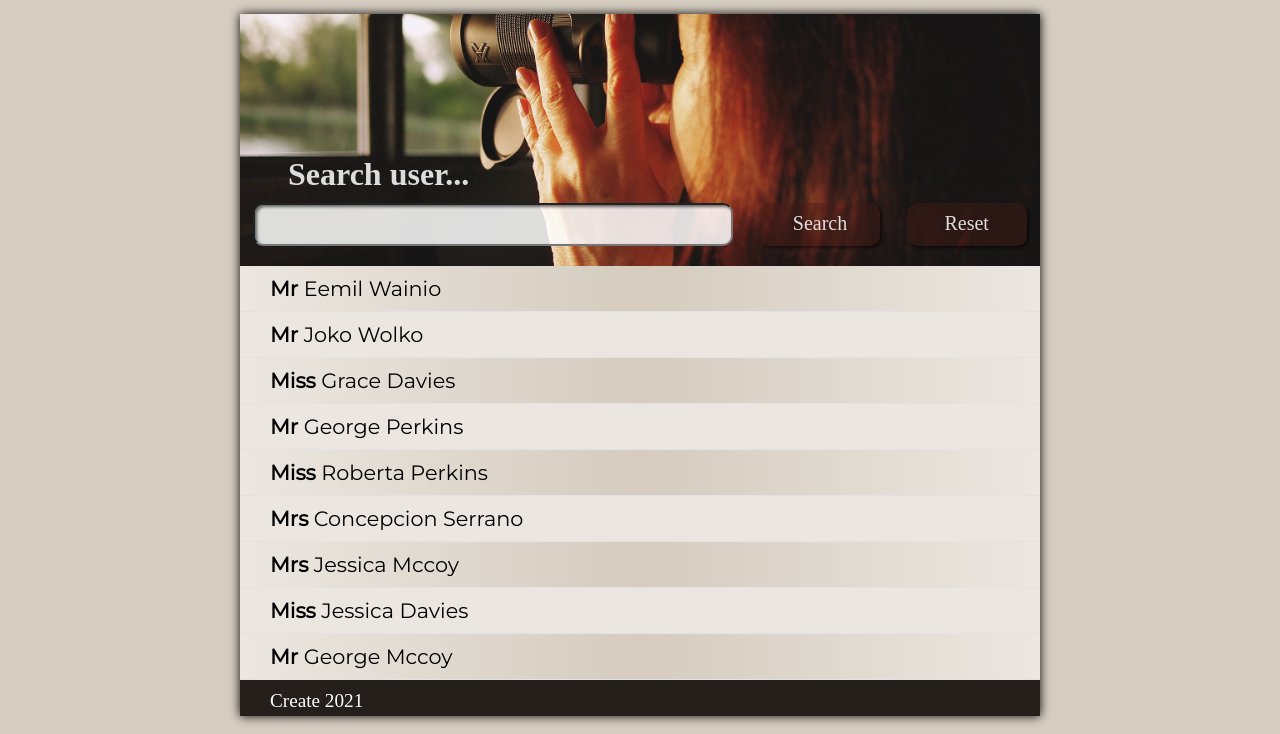
Repository: KrzysKolo/sr_tydzien5_zad4
Page: /
The author's editor kept a copy of each file at every save. The page is drawn from the files as they stood at one save, then again after the next save.
The browser window is 1280 px wide. The pictures show the whole page.
Some web fonts or font styles are not loaded; a fallback is used. The project was rebuilt for these pictures with package versions that can differ from the ones it lists, and the page was loaded fresh each time.

Above is the page before, as saved 2021-01-03 14:54:00.

### public/index.html
<!DOCTYPE html>
<html lang="en">
  <head>
    <meta charset="utf-8" />
    <link rel="icon" href="%PUBLIC_URL%/favicon.ico" />
    <meta name="viewport" content="width=device-width, initial-scale=1" />
    <meta name="theme-color" content="#000000" />
    <meta
      name="description"
      content="Web site created using create-react-app"
    />
    <link rel="apple-touch-icon" href="%PUBLIC_URL%/logo192.png" />
    <!--
      manifest.json provides metadata used when your web app is installed on a
      user's mobile device or desktop. See https://developers.google.com/web/fundamentals/web-app-manifest/
    -->
    <link rel="manifest" href="%PUBLIC_URL%/manifest.json" />
    <!--
      Notice the use of %PUBLIC_URL% in the tags above.
      It will be replaced with the URL of the `public` folder during the build.
      Only files inside the `public` folder can be referenced from the HTML.

      Unlike "/favicon.ico" or "favicon.ico", "%PUBLIC_URL%/favicon.ico" will
      work correctly both with client-side routing and a non-root public URL.
      Learn how to configure a non-root public URL by running `npm run build`.
    -->
    <link rel="preconnect" href="https://fonts.gstatic.com">
<link href="https://fonts.googleapis.com/css2?family=Finger+Paint&family=Montserrat&family=Over+the+Rainbow&family=Peralta&display=swap" rel="stylesheet">
    <title>User search</title>
  </head>
  <body>
    <noscript>You need to enable JavaScript to run this app.</noscript>
    <div id="root"></div>
    <!--
      This HTML file is a template.
      If you open it directly in the browser, you will see an empty page.

      You can add webfonts, meta tags, or analytics to this file.
      The build step will place the bundled scripts into the <body> tag.

      To begin the development, run `npm start` or `yarn start`.
      To create a production bundle, use `npm run build` or `yarn build`.
    -->
  </body>
</html>

### src/App.js
import React from 'react';
import UsersContainer from './components/UsersContainer';
import Header from './components/Header';
import Footer from './components/Footer';
import './App.css';


const App = () => {

  return (
    <section>
      <Header />
      <UsersContainer/>
      <Footer />
    </section>
  )
}

export default App;

### src/components/UsersContainer.js
import React, { useState, useEffect } from 'react';


const UsersContainer = () => {

  const UsersAPI = '/users.json';

  const [ users, setUsers ] = useState([]);

  useEffect(() => {
    fetch(UsersAPI)
      .then(res => res.json())
      .then(data => {
        console.log(data.users);
        setUsers(data.users);
      })
    }, []);

    const user = users.map(user => (
      <li className="user" key={user.id}><b>{user.title}</b> {user.first} {user.last}</li>
    ))
    return (
        <ul>
					{user}
        </ul>
    )
}

export default UsersContainer;

### src/components/Header.js
import React from 'react';
import Button from './formComponents/Button';
const Header = () => {
    return (
        <div className="header__section">
            <h1 className="header__title">Search user...</h1>
            <form className="header__search-wrapper">
                <input className="header__search" type="text" />
                <Button values="Search" />
                <Button values="Reset" />
            </form>
        </div>
    )
}

export default Header;

### src/components/Footer.js
import React from 'react';

const Footer = () => {
    return (
        <div className="footer__wrapper">
           Create 2021
        </div>
    )
}

export default Footer;

### src/App.css
* {
  box-sizing: border-box;
  padding: 0;
  margin: 0;
}
body {
  height: 100vh;
  width: 100vw;
  background-color: rgba(206, 194, 179, 0.8);
}
section {
  margin: 2vh auto;
  width: 70%;
  max-width: 800px;
  display: flex;
  flex-direction: column;
  box-shadow: 0 0 10px #000;
}
.header__section {
  height: 35vh;
  background-image: url("./images/girl.jpg");
  background-position: center;
  background-size: cover;
  display: flex;
  flex-direction: column;
  justify-content: flex-end;
}
.header__title {
  font-size: 2rem;
  font-family: "Peralta", cursive;
  margin: 0 auto 10px 3rem;
  color: rgba(255, 255, 255, 0.85);
}
.header__search-wrapper {
  width: 100%;
  margin-bottom: 20px;
  display: flex;
  justify-content: space-around;
}
.header__search {
  padding: 8px 10px;
  width: 60%;
  border-radius: 10px;
  background-color: rgba(255, 255, 255, 0.85);
  box-shadow: inset 2px 2px 3px 0px rgba(0, 0, 0, 0.55);
  font-size: 20px;
}
.header__search-btn {
  background: rgba(71, 26, 20, 0.4);
  color: rgba(255, 255, 255, 0.85);
  width: 15%;
  border-radius: 10px;
  box-shadow: 2px 2px 3px 0px rgba(0, 0, 0, 0.55);
  font-size: 20px;
  text-align: center;
  line-height: 40px;
  transition: 0.2s all ease;
  cursor: pointer;
}
.header__search-btn:hover {
  background: rgba(65, 28, 24, 1);
}
.user {
  font-size: 1.3rem;
  font-family: "Montserrat", sans-serif;
  padding: 10px 30px;
  list-style: none;
  border-bottom: 1px solid rgb(226, 226, 226);
  background-color: rgba(255, 255, 255, 0.5);
}
.user:nth-child(odd) {
  background: linear-gradient(
    90deg,
    rgba(255, 255, 255, 0.5) 0%,
    rgba(206, 194, 179, 0.2) 50%,
    rgba(255, 255, 255, 0.5) 100%
  );
}
.footer__wrapper {
  background-color: rgb(36, 31, 27);
  color: white;
  font-size: 1.2rem;
  padding: 10px 30px;
  width: 100%;
  height: 5vh;
}

### src/components/formComponents/Button.js
import React from 'react';

const Button = ({ values }) => {
    return (
        <div className="header__search-btn">
            {values}
        </div>
    )
}

export default Button;

### public/users.json
{
    "users": [
      {
        "id": 1,
        "title": "Mr",
        "first": "Eemil",
        "last": "Wainio"
       },
      {
        "id": 2,
        "title": "Mr",
        "first": "Joko",
        "last": "Wolko"
      },
      {
        "id": 3,
        "title": "Miss",
        "first": "Grace",
        "last": "Davies"
      },
      {
        "id": 4,
        "title": "Mr ",
        "first": "George ",
        "last": "Perkins"
      },
      {
        "id": 5,
        "title": "Miss",
        "first": "Roberta ",
        "last": "Perkins"
      },
      {
        "id": 6,
        "title": "Mrs ",
        "first": "Concepcion ",
        "last": "Serrano"
      },
      {
        "id": 7,
        "title": "Mrs ",
        "first": "Jessica ",
        "last": "Mccoy"
      },
      {
        "id": 8,
        "title": "Miss",
        "first": "Jessica",
        "last": "Davies"
      },
      {
        "id": 9,
        "title": "Mr",
        "first": "George",
        "last": "Mccoy"
      }
    ]
  }

Loaded but not shown: src/index.js (common file)

After the next save:
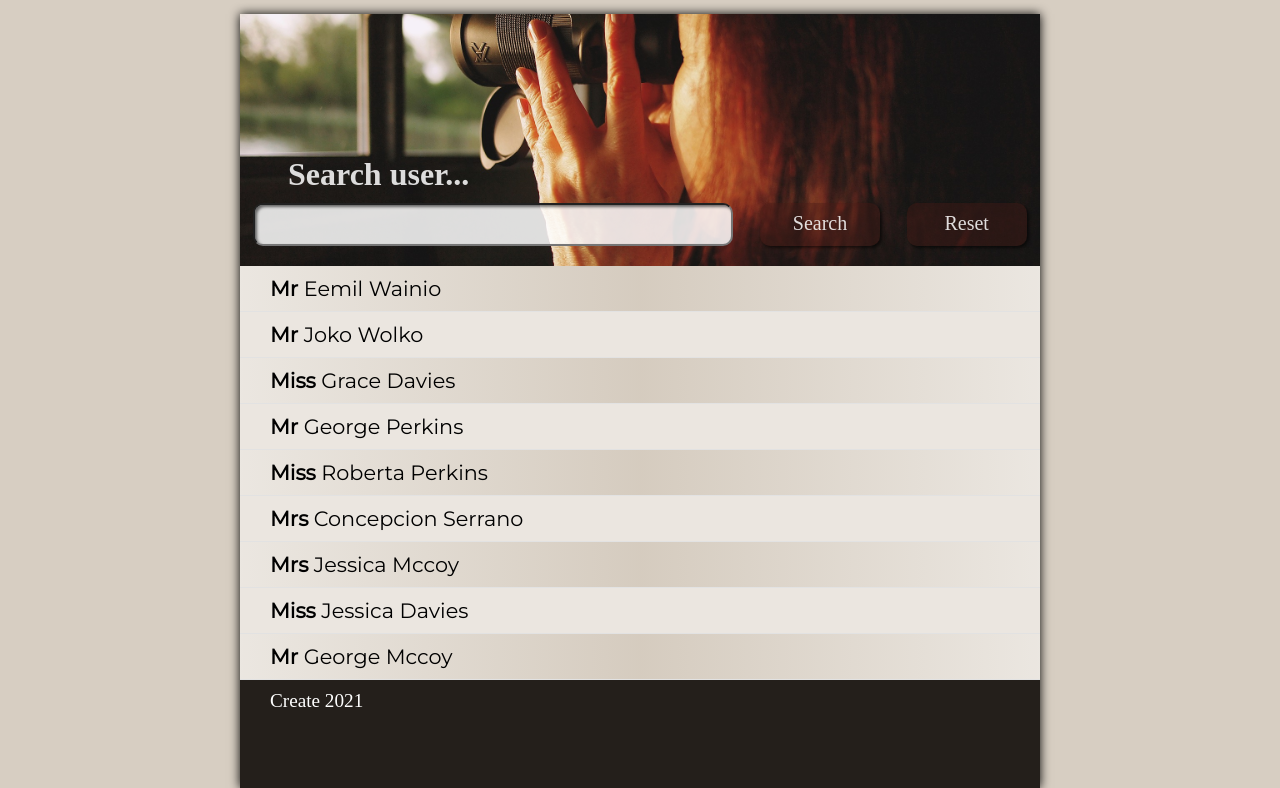
Saved 6 s later.
--- a/src/App.css
+++ b/src/App.css
@@ -82,5 +82,5 @@ section {
   font-size: 1.2rem;
   padding: 10px 30px;
   width: 100%;
-  height: 5vh;
+  height: 15vh;
 }
